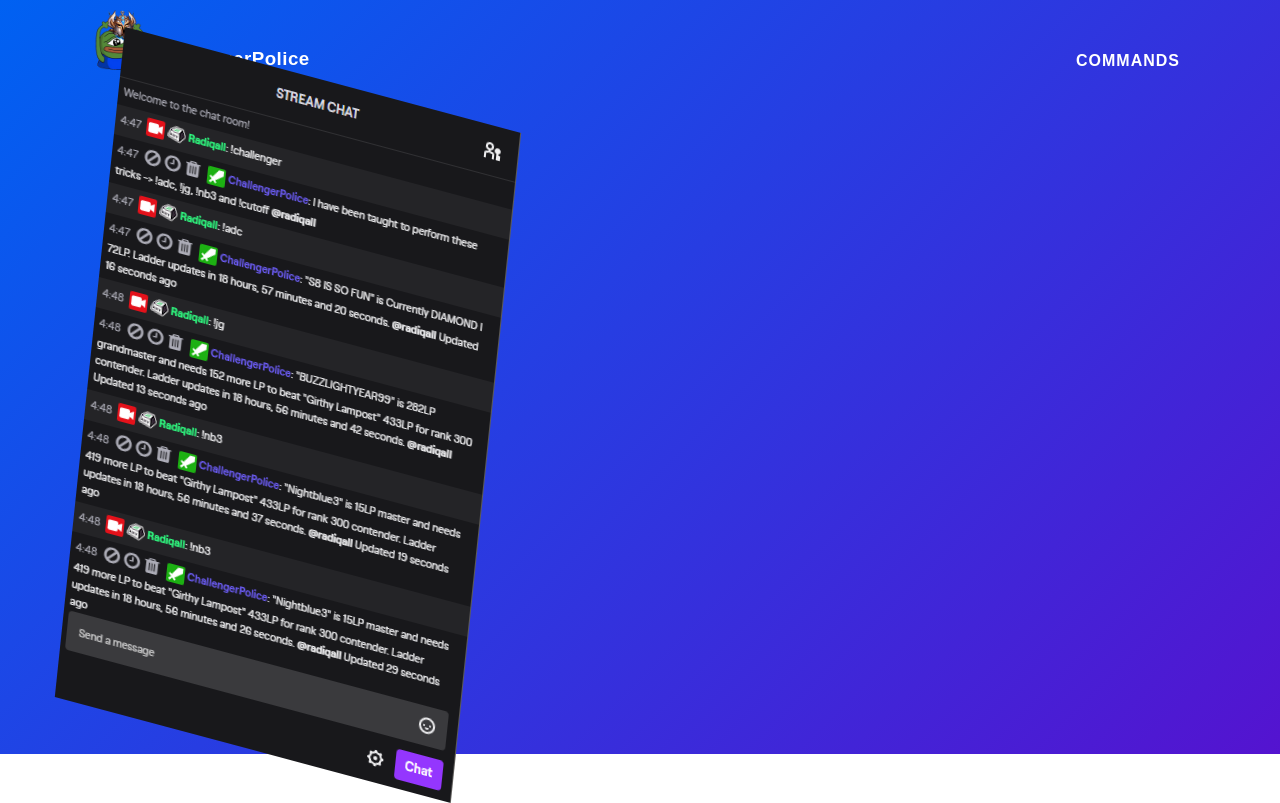
Repository: passbaan/challengerpolice
Page: index.html
An editor plug-in stored every save of this project. The page is shown before and after a run of saves, followed by the edit.
The browser window is 1280 px wide. The pictures show the whole page.
The style sheet was rebuilt from its Sass, Less or Tailwind sources for each picture, by a compiler version that may differ from the author's.

Above is the page before, as saved 2020-06-02 16:54:42.

After the next 2 saves:
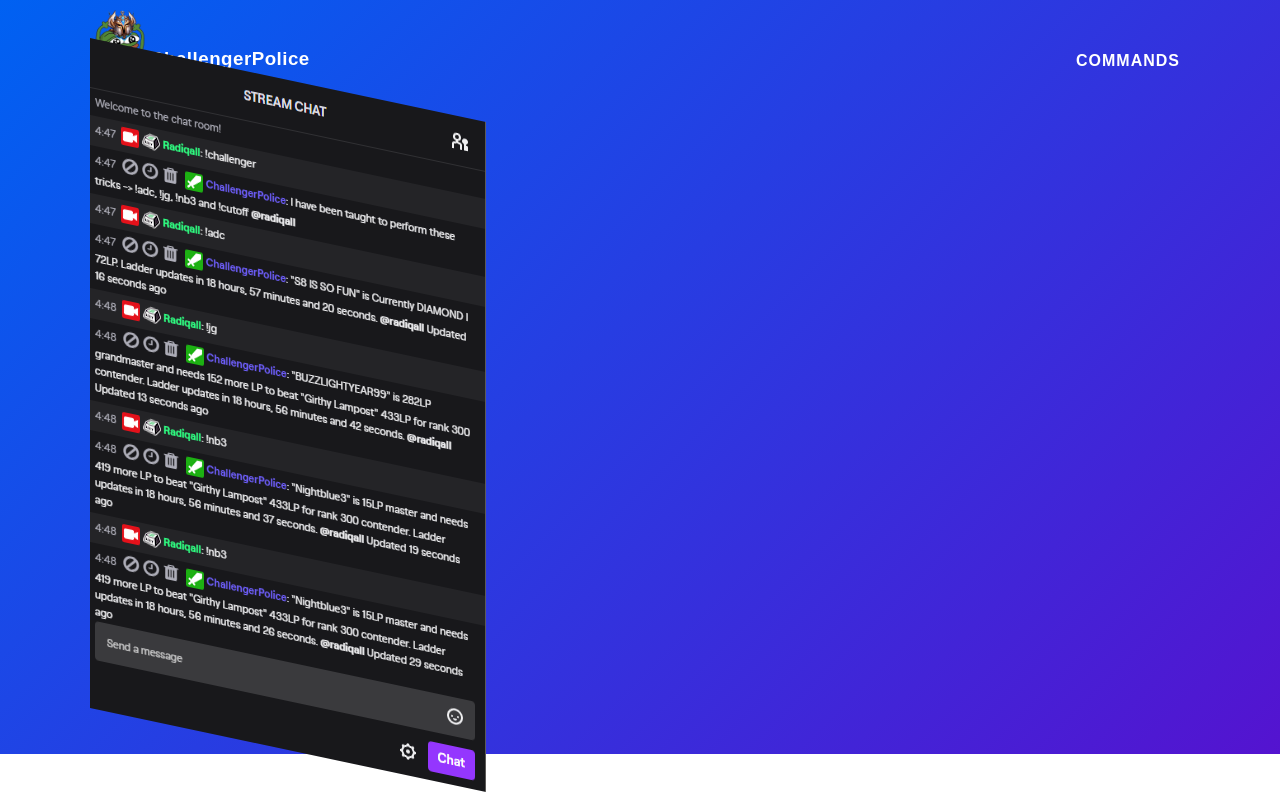
The 2 saves are shown as one change because they came seconds apart.
The last was saved 72 s later.
--- a/sass/main.scss
+++ b/sass/main.scss
@@ -51,7 +51,7 @@
   .hero {
     .hero-chat {
       img {
-        transform: skew(-6deg, 15deg);
+        transform: skew(0deg, 12deg);
       }
     }
   }
